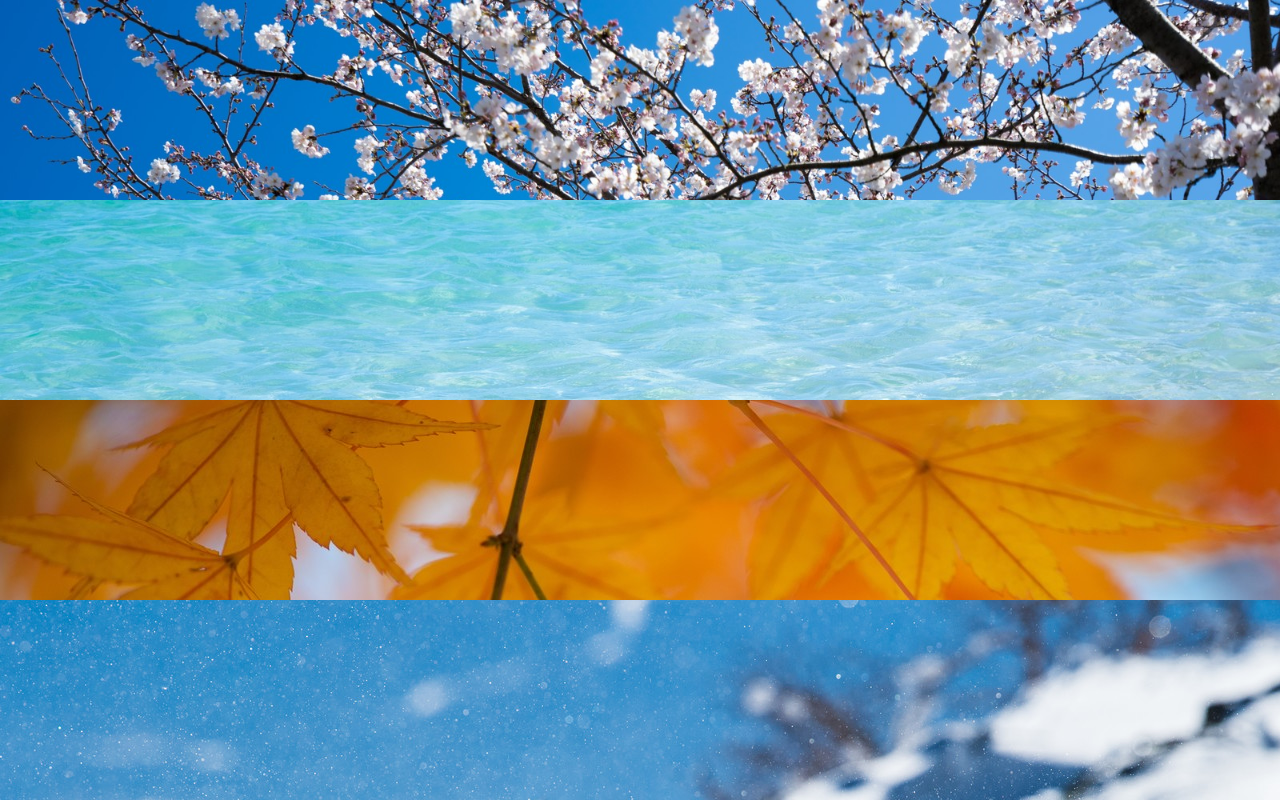
Repository: hayase-m/Webcamp
Page: chapter6/chapter6.html
The author's editor kept a record of every edit. The page is drawn from the files as they stood at one moment, then again after the next edit.
The browser window is 1280 px wide. The pictures show the whole page.

Above is the page before.

### chapter6/chapter6.html
<!DOCTYPE html>
<html lang="en">
<head>
  <meta charset="UTF-8">
  <link rel="stylesheet" href="style.css" type="text/css" />
  <title>Chapter6</title>
</head>
<body>
  <div class="image1"></div>
  <div class="image2"></div>
  <div class="image3"></div>
  <div class="image4"></div>
</body>
</html>

### chapter6/style.css
* {
  margin: 0;
  padding: 0;
  box-sizing: border-box;
}

.image1 {
  width: 100%;
  height: 200px;
  background-image: url(img/box1.jpg);
  background-size: cover;
}

.image2 {
  width: 100%;
  height: 200px;
  background-image: url(img/box2.jpg);
  background-size: cover;
}

.image3 {
  width: 100%;
  height: 200px;
  background-image: url(img/box3.jpg)
}

.image4 {
  width: 100%;
  height: 200px;
  background-image: url(img/box4.jpg)
}

After the next edit:
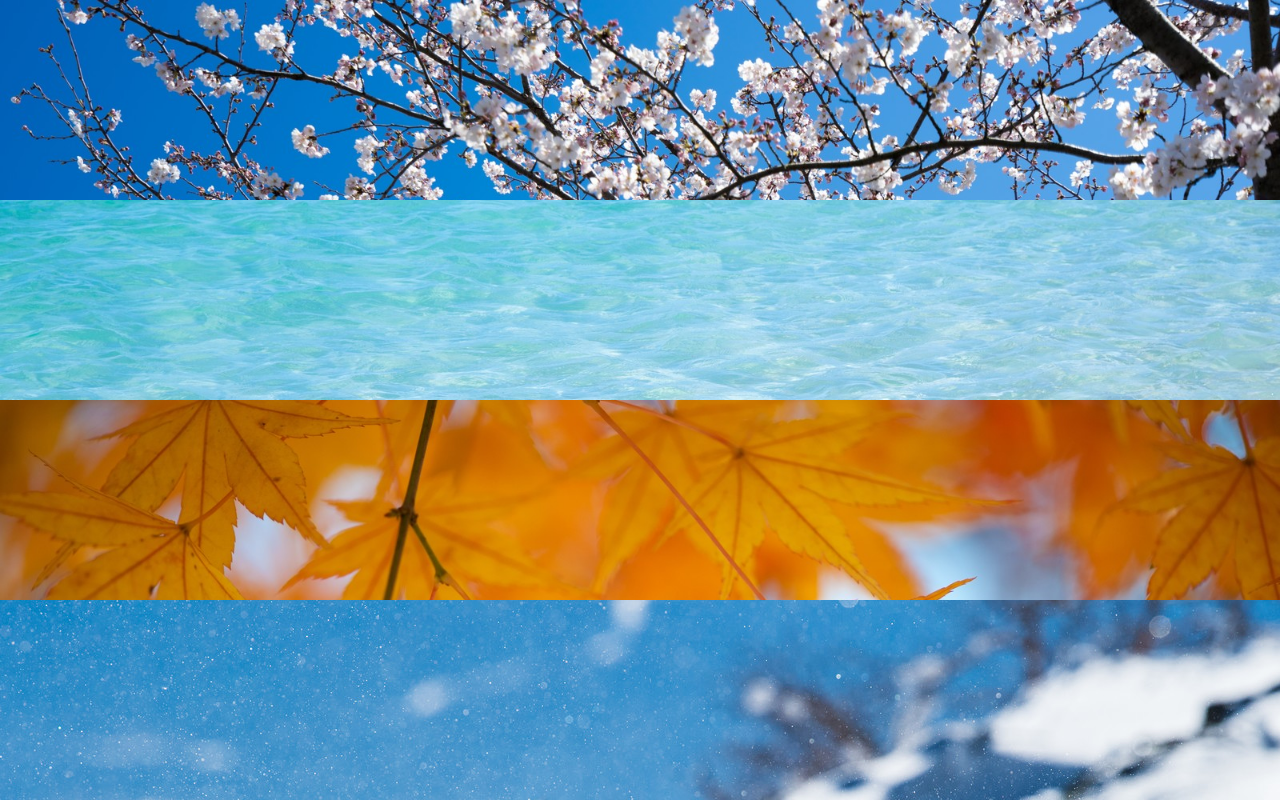
The edit:
--- a/chapter6/style.css
+++ b/chapter6/style.css
@@ -21,7 +21,8 @@
 .image3 {
   width: 100%;
   height: 200px;
-  background-image: url(img/box3.jpg)
+  background-image: url(img/box3.jpg);
+  background-size: cover;
 }
 
 .image4 {
